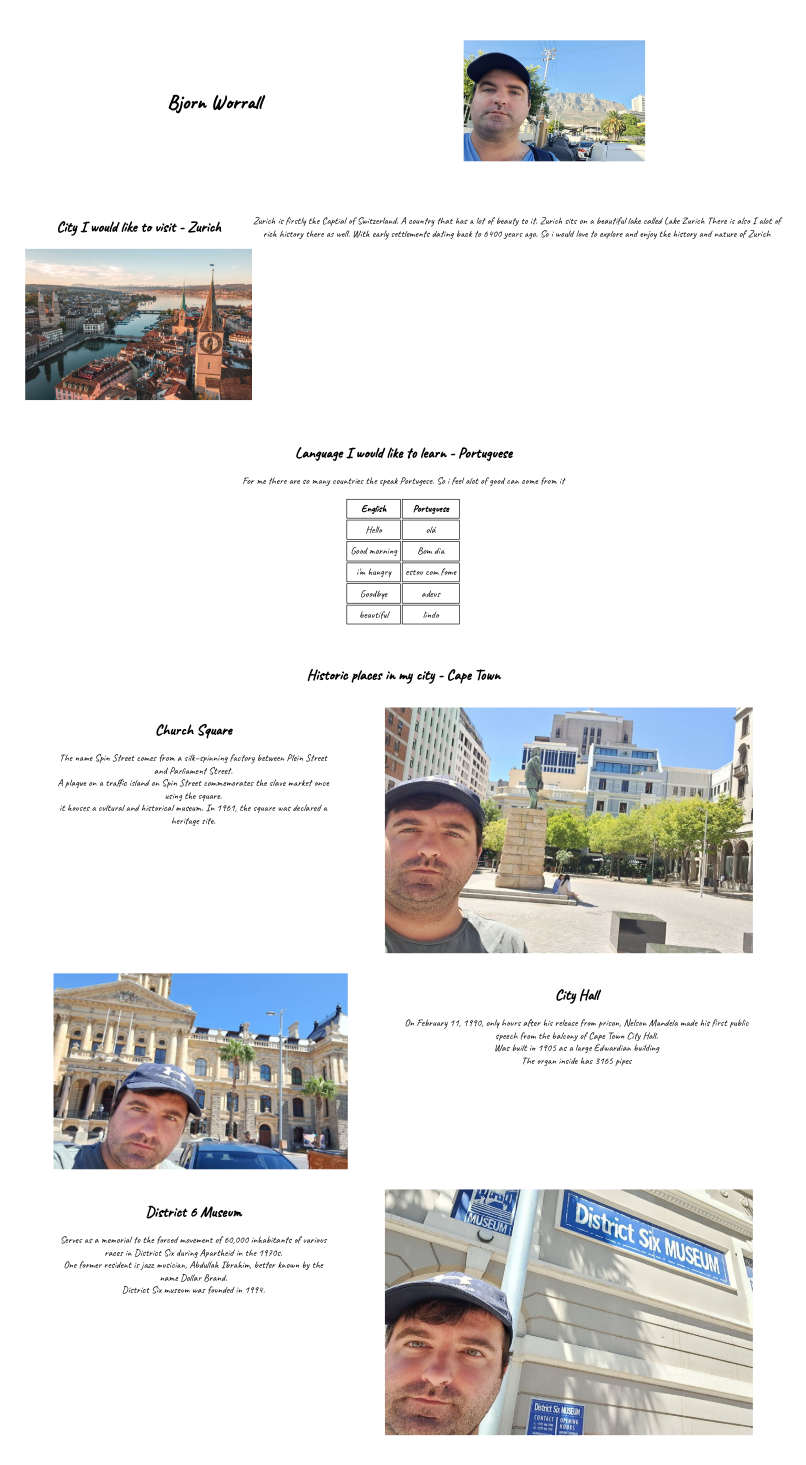
Repository: lasity34/basic-webpage
Page: index.html
An editor plug-in stored every save of this project. The page is shown before and after the next save, followed by the edit.
The browser window is 1280 px wide. The pictures show the whole page, at 63% of full size.

Above is the page before, as saved 2023-03-03 09:51:28.

After the next save:
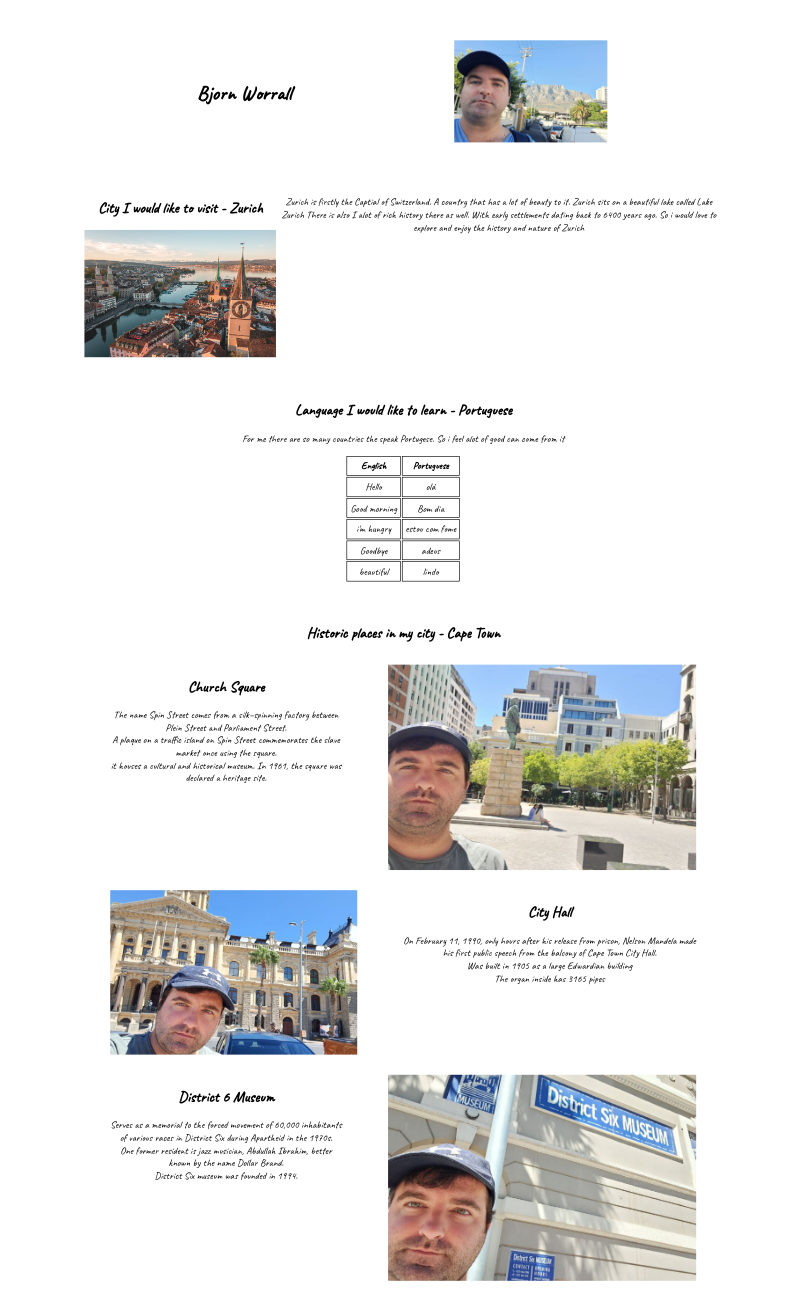
Saved 52 s later.
--- a/styles.css
+++ b/styles.css
@@ -90,6 +90,11 @@ th {
 }
 
 @media (min-width: 1000px) {
+
+  main {
+    max-width: 80%;
+  }
+
   #profile_section {
     display: grid;
     grid-template-columns: 50% 40%;
